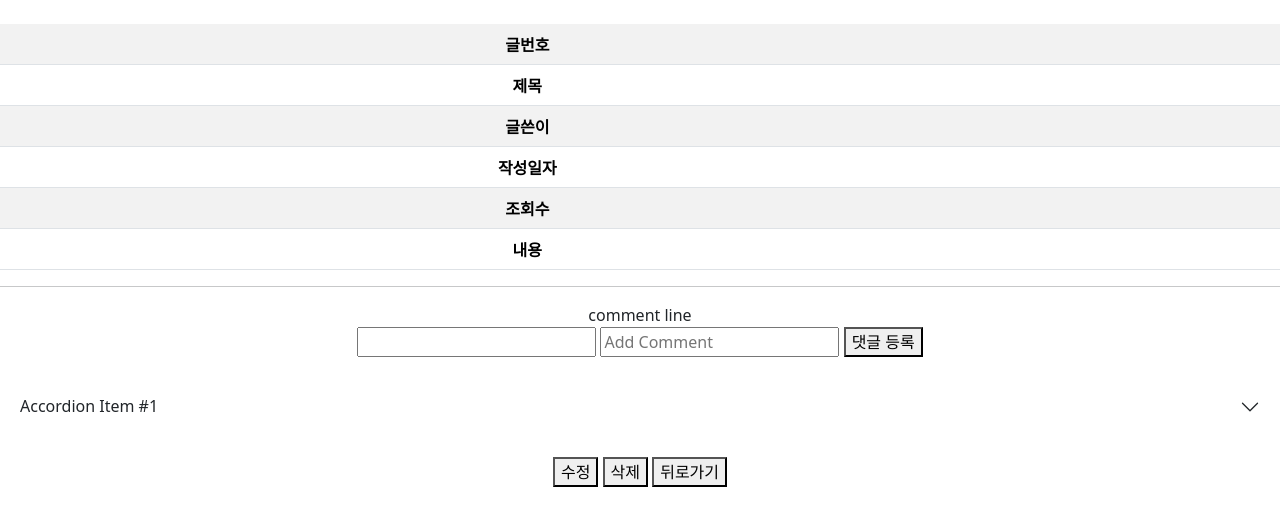
Repository: sujeong1799/JSP
Page: http://localhost/jsp_project/board/detail.jsp
The author's editor kept a copy of each file at every save. The page is drawn from the files as they stood at one save, then again after the next save.
The browser window is 1280 px wide. The pictures show the whole page.
The page is served by Tomcat 9. Other server files are loaded and not shown. The template is opened directly, without the code that normally fills it, so the values that code supplies are empty.

Above is the page before, as saved 2023-05-19 02:22:36.

### jsp_project2/jsp_project/src/main/webapp/board/detail.jsp
<%@ page language="java" contentType="text/html; charset=UTF-8"
	pageEncoding="UTF-8"%>
<link
	href="https://cdn.jsdelivr.net/npm/bootstrap@5.3.0-alpha3/dist/css/bootstrap.min.css"
	rel="stylesheet"
	integrity="sha384-KK94CHFLLe+nY2dmCWGMq91rCGa5gtU4mk92HdvYe+M/SXH301p5ILy+dN9+nJOZ"
	crossorigin="anonymous">
<script
	src="https://cdn.jsdelivr.net/npm/bootstrap@5.3.0-alpha3/dist/js/bootstrap.bundle.min.js"
	integrity="sha384-ENjdO4Dr2bkBIFxQpeoTz1HIcje39Wm4jDKdf19U8gI4ddQ3GYNS7NTKfAdVQSZe"
	crossorigin="anonymous"></script>
<!DOCTYPE html>
<html>
<head>
<meta charset="UTF-8">
<title>detail</title>
</head>
<body>

	<br>
	<table class="table table-striped">
		<tr align="center">
			<th>글번호</th>
			<td>${bvo.bno }</td>
		</tr>
		<tr align="center">
			<th>제목</th>
			<td>${bvo.title }</td>
		</tr>
		<tr align="center">
			<th>글쓴이</th>
			<td>${bvo.writer }</td>
		</tr>
		<tr align="center">
			<th>작성일자</th>
			<td>${bvo.reg_date }</td>
		</tr>
		<tr align="center">
			<th>조회수</th>
			<td>${bvo.count }</td>
		</tr>
		<tr align="center">
			<th>내용</th>
			<td>${bvo.content }</td>
		</tr>
	</table>

	<hr>

	<div align="center">
		comment line<br>
		<!-- 댓글 작성 라인 -->
		<!-- id로 받는 이유는? 무라고요??? name으로 받는거는 컨트롤러로 바로 가려고  -->
		<input type="text" id="cmtWriter" value="${ses.id }"
			readonly="readonly"> <input type="text" id="cmtText"
			placeholder="Add Comment">
		<!-- submit으로 보낼거 아니니까 타입 button -->
		<button type="button" id="cmtAddbtn">댓글 등록</button>
	</div>
	<br>

	<!-- 댓글 표시 라인 -->
	<div class="accordion accordion-flush" id="accordionFlushExample">
		<div class="accordion-item">
			<h2 class="accordion-header" id="flush-headingOne">
				<button class="accordion-button collapsed" type="button"
					data-bs-toggle="collapse" data-bs-target="#flush-collapseOne"
					aria-expanded="false" aria-controls="flush-collapseOne">
					Accordion Item #1</button>
			</h2>
			<div id="flush-collapseOne" class="accordion-collapse collapse"
				aria-labelledby="flush-headingOne"
				data-bs-parent="#accordionFlushExample">
				<div class="accordion-body">
					Placeholder content for this accordion, which is intended to
					demonstrate the
					<code>.accordion-flush</code>
					class. This is the first item's accordion body.
				</div>
			</div>
		</div>
	</div>

	<br>
	<div align="center">
		<a href="/brd/modify?bno=${bvo.bno }"><button type="submit">수정</button></a>
		<a href="/brd/remove?bno=${bvo.bno }"><button type="submit">삭제</button></a>
		<a href="/brd/list"><button>뒤로가기</button></a>
	</div>
</body>
</html>

After the next save:
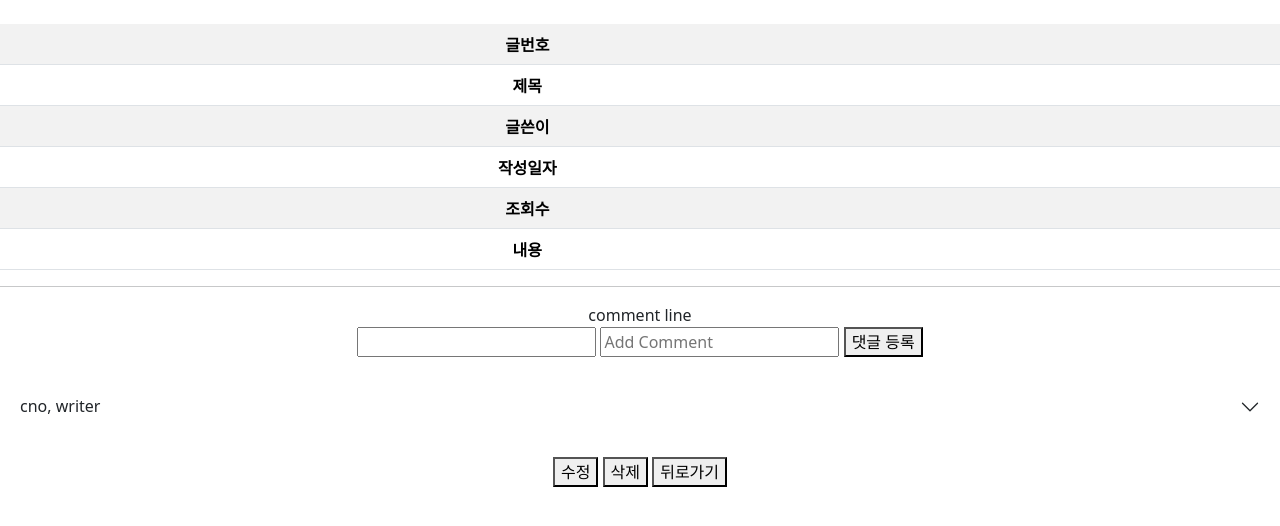
Saved 28 s later.
--- a/jsp_project2/jsp_project/src/main/webapp/board/detail.jsp
+++ b/jsp_project2/jsp_project/src/main/webapp/board/detail.jsp
@@ -66,16 +66,13 @@
 				<button class="accordion-button collapsed" type="button"
 					data-bs-toggle="collapse" data-bs-target="#flush-collapseOne"
 					aria-expanded="false" aria-controls="flush-collapseOne">
-					Accordion Item #1</button>
+					cno, writer</button>
 			</h2>
 			<div id="flush-collapseOne" class="accordion-collapse collapse"
 				aria-labelledby="flush-headingOne"
 				data-bs-parent="#accordionFlushExample">
 				<div class="accordion-body">
-					Placeholder content for this accordion, which is intended to
-					demonstrate the
-					<code>.accordion-flush</code>
-					class. This is the first item's accordion body.
+				content, reg_date
 				</div>
 			</div>
 		</div>
